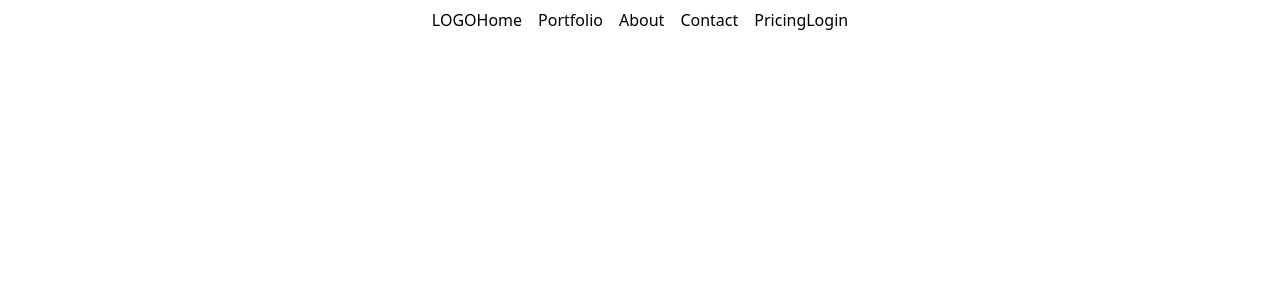
Repository: DevAntonioRogers/react-modal-with-dialog
Page: /
These files come from the project's save history. The page is drawn as it stood at one moment and after the next save; the edit follows.
The browser window is 1280 px wide. The pictures show the whole page.
The project was rebuilt for these pictures with package versions that can differ from the ones it lists, and the page was loaded fresh each time. Also part of the build but not shown: vite.config.ts.

Above is the page before, as saved 2023-05-10 08:43:22.

After the next save:
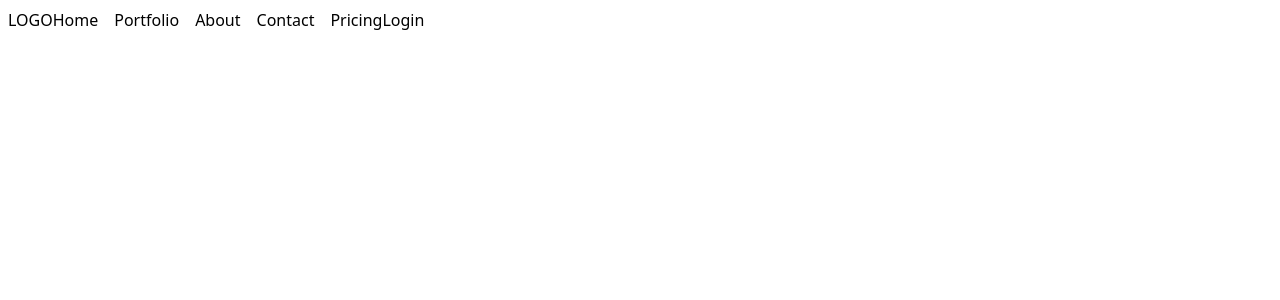
Saved 33 s later.
--- a/src/App.tsx
+++ b/src/App.tsx
@@ -1,6 +1,6 @@
 function App() {
   return (
-    <div className="flex items-center justify-center">
+    <div className="flex items-center">
       <nav className="flex justify-between items-center p-2">
         <div>
           <h1>LOGO</h1>
